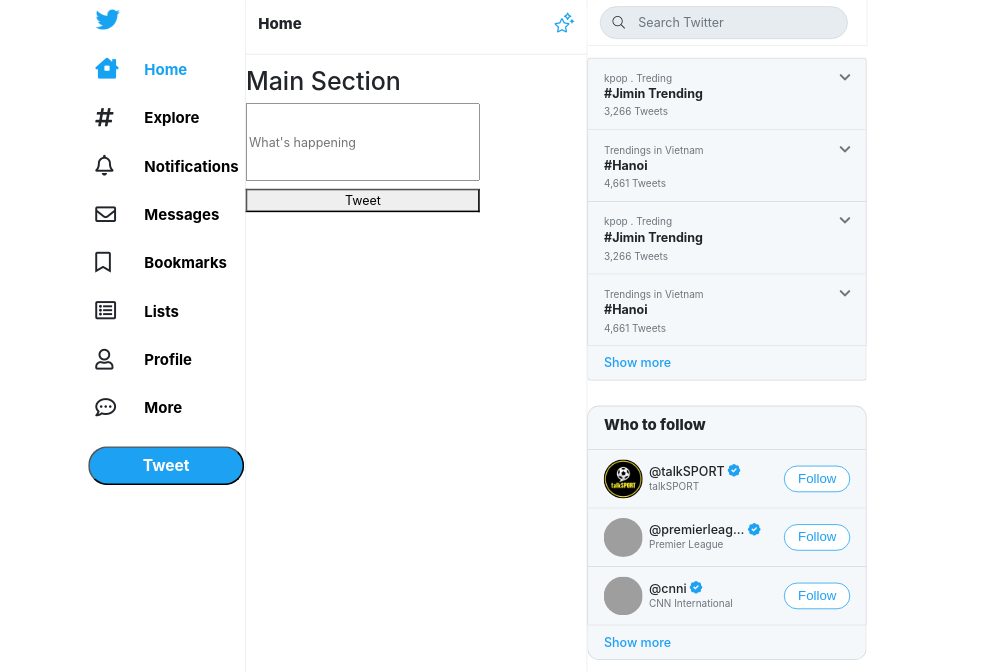
Repository: tts2610/Twitter-clone
Page: index.html
The author's editor kept a copy of each file at every save. The page is drawn from the files as they stood at one save, then again after the next save.
The browser window is 1280 px wide. The pictures show the whole page, at 78% of full size.
Pictures or frames that could not be fetched are drawn as grey boxes.

Above is the page before, as saved 2020-05-23 15:03:43.

After the next save:
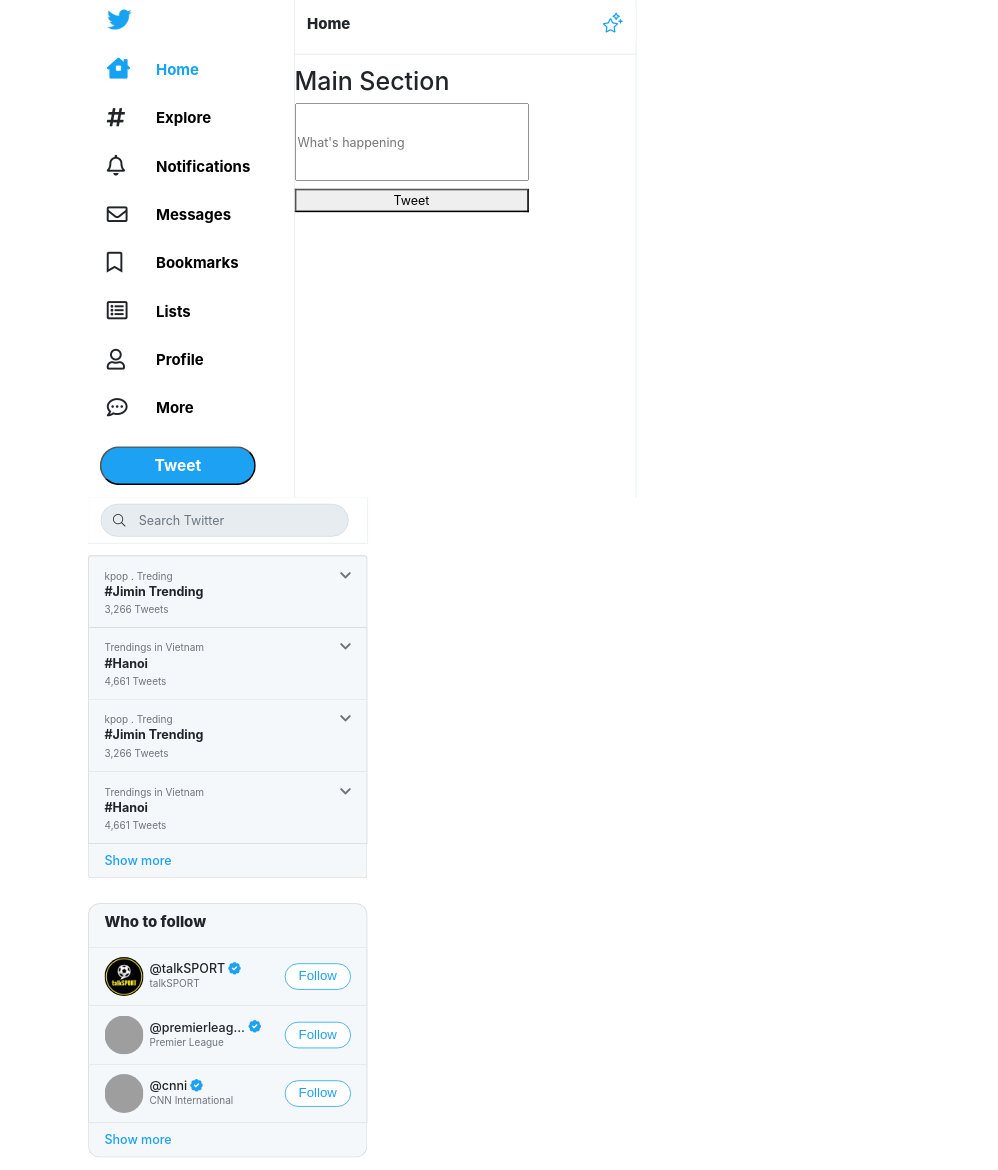
Saved 15 s later.
--- a/index.html
+++ b/index.html
@@ -27,7 +27,7 @@
 <body>
     <div class="container">
         <div class="row">
-            <div class="col-2-sm">
+            <div class="col-3">
                 <div class="row">
                     <div class="col"><img src="/img/twt-logo1.png" alt="twitter-logo" width="50" height="50"></div>
                 </div>
